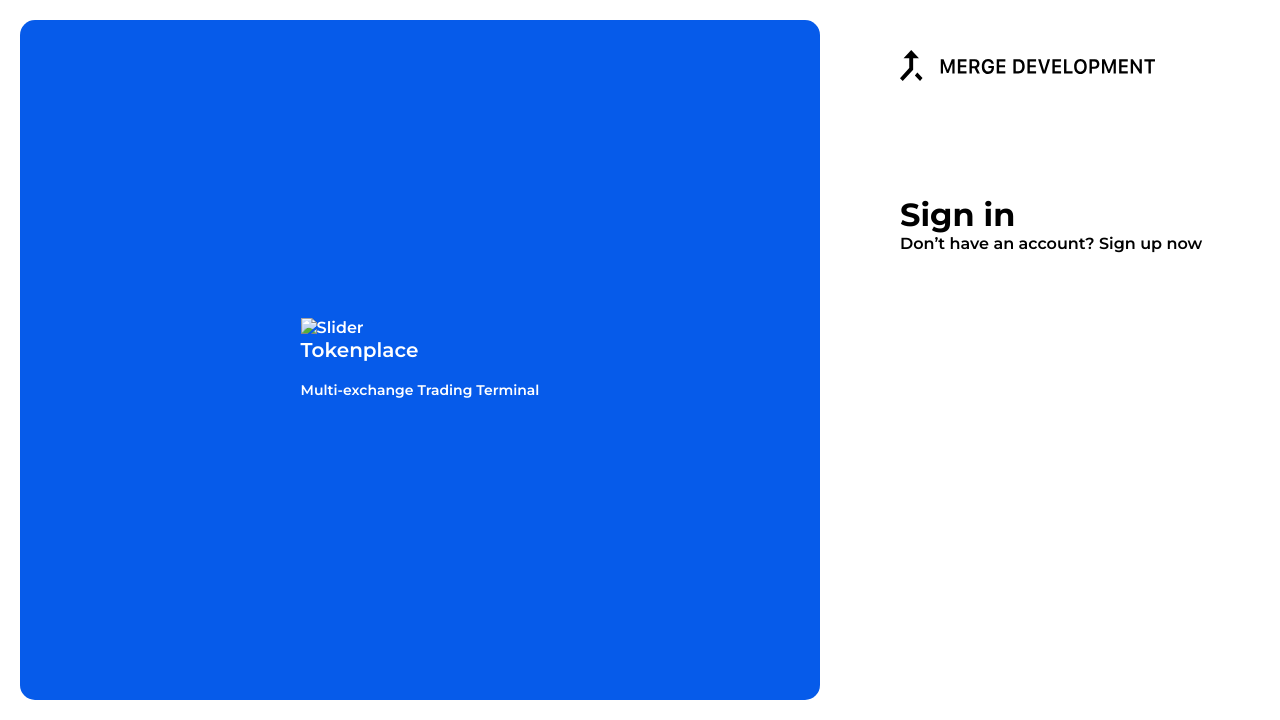
Repository: 13RedFox/form-project
Page: /
The author's editor kept a copy of each file at every save. The page is drawn from the files as they stood at one save, then again after the next save.
The browser window is 1280 px wide. The pictures show the whole page.
The project was rebuilt for these pictures with package versions that can differ from the ones it lists, and the page was loaded fresh each time.

Above is the page before, as saved 2021-08-04 17:58:30.

After the next save:
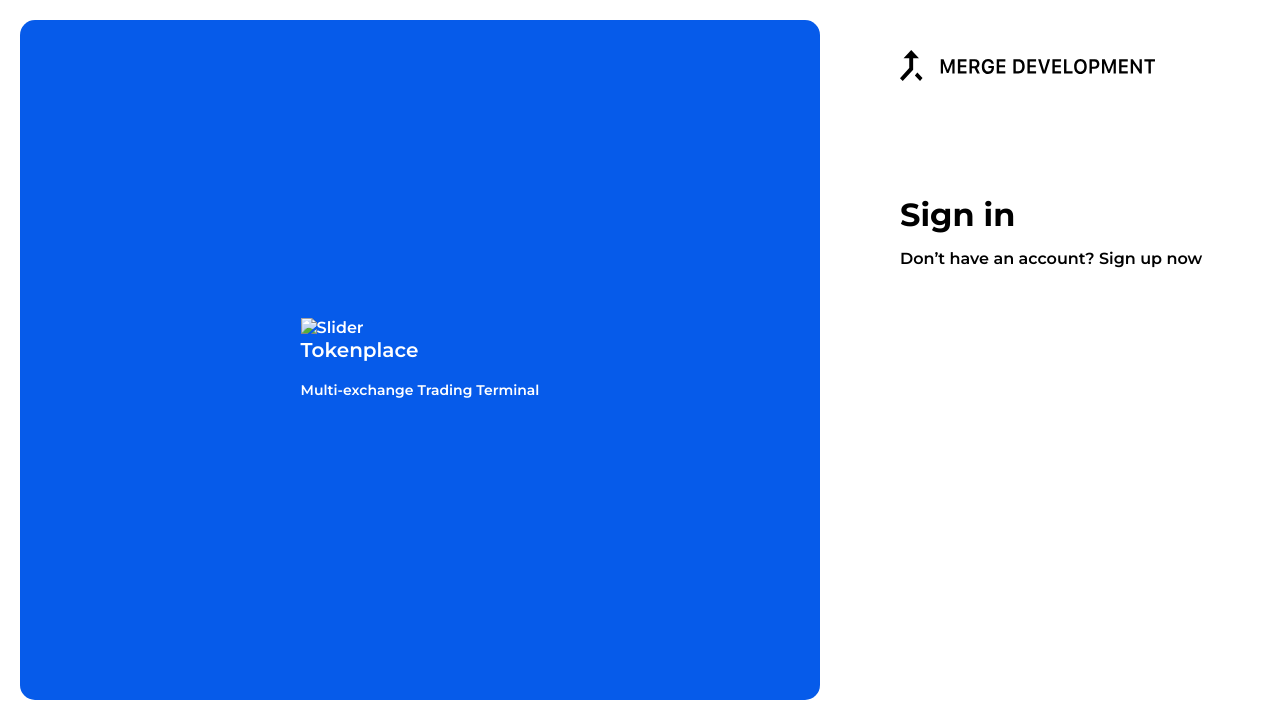
Saved 25 s later.
--- a/src/components/Form/Form.module.scss
+++ b/src/components/Form/Form.module.scss
@@ -5,3 +5,7 @@
 .icon {
   margin-bottom: 110px;
 }
+
+.title {
+  margin-bottom: 15px;
+}
